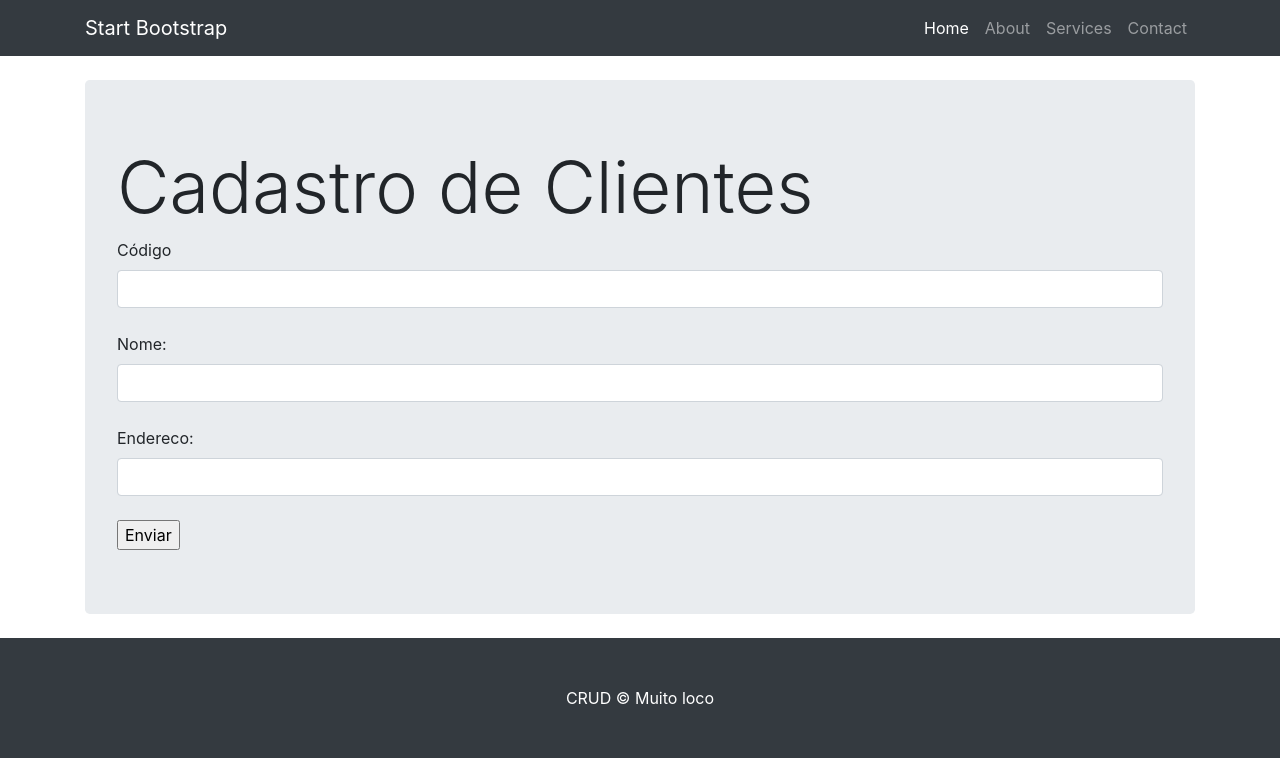
Repository: LucasMontalvao/PHPDACS2020
Page: http://localhost/projeto/site/clientpage.php?id=1
The author's editor kept a record of every edit. The page is drawn from the files as they stood at one moment, then again after the next edit.
The browser window is 1280 px wide. The pictures show the whole page.
The page is run by PHP 8.4 with error messages shown; the project is at /var/www/html/. Other server files are loaded and not shown.

Above is the page before.

### projeto/site/clientpage.php
<!DOCTYPE html>
  <?php
    $id = $_GET["id"];
  ?>
<html lang="en">

<head>

  <meta charset="utf-8">
  <meta name="viewport" content="width=device-width, initial-scale=1, shrink-to-fit=no">
  <meta name="description" content="">
  <meta name="author" content="">

  <title>Heroic Features - Start Bootstrap Template</title>

  <!-- Bootstrap core CSS -->
  <link href="vendor/bootstrap/css/bootstrap.min.css" rel="stylesheet">

  <!-- Custom styles for this template -->
  <link href="css/heroic-features.css" rel="stylesheet">

</head>

<body>


  <!-- Navigation -->
  <nav class="navbar navbar-expand-lg navbar-dark bg-dark fixed-top">
    <div class="container">
      <a class="navbar-brand" href="#">Start Bootstrap</a>
      <button class="navbar-toggler" type="button" data-toggle="collapse" data-target="#navbarResponsive" aria-controls="navbarResponsive" aria-expanded="false" aria-label="Toggle navigation">
        <span class="navbar-toggler-icon"></span>
      </button>
      <div class="collapse navbar-collapse" id="navbarResponsive">
        <ul class="navbar-nav ml-auto">
          <li class="nav-item active">
            <a class="nav-link" href="#">Home
              <span class="sr-only">(current)</span>
            </a>
          </li>
          <li class="nav-item">
            <a class="nav-link" href="#">About</a>
          </li>
          <li class="nav-item">
            <a class="nav-link" href="#">Services</a>
          </li>
          <li class="nav-item">
            <a class="nav-link" href="#">Contact</a>
          </li>
        </ul>
      </div>
    </div>
  </nav>

  <!-- Page Content -->
  <div class="container">

    <!-- Jumbotron Header -->
    <header class="jumbotron my-4">
      <h3 class="display-3">Cadastro de Clientes</h3>
        <form method="POST" action="savecliente.php">
          <label>Código</label>
          <input type="text" class="form-control" name="codigo"/></br>
        	<label>Nome:</label>
        	<input type="text" class="form-control" name="nome"/></br>
        	<label>Endereco:</label>
        	<input type="text" class="form-control" name="endereco"/></br>
        	<input type="submit" value="Enviar"/>
        </form>
    </header>
  </div>


  <!-- Footer -->
  <footer class="py-5 bg-dark">
    <div class="container">
      <p class="m-0 text-center text-white">CRUD &copy; Muito loco</p>
    </div>
    <!-- /.container -->
  </footer>

  <!-- Bootstrap core JavaScript -->
  <script src="vendor/jquery/jquery.min.js"></script>
  <script src="vendor/bootstrap/js/bootstrap.bundle.min.js"></script>

</body>

</html>

### projeto/site/css/heroic-features.css
/*!
 * Start Bootstrap - Heroic Features (https://startbootstrap.com/template-overviews/heroic-features)
 * Copyright 2013-2019 Start Bootstrap
 * Licensed under MIT (https://github.com/BlackrockDigital/startbootstrap-heroic-features/blob/master/LICENSE)
 */
body {
  padding-top: 56px;
}
.myButton {
	box-shadow:inset 0px 1px 3px 0px #141414;
	background:linear-gradient(to bottom, #ffffff 5%, #000000 100%);
	background-color:#ffffff;
	border-radius:5px;
	border:1px solid #000000;
	display:inline-block;
	cursor:pointer;
	color:#ffffff;
	font-family:Arial;
	font-size:15px;
	font-weight:bold;
	padding:11px 23px;
	text-decoration:none;
	text-shadow:0px -1px 0px #46615d;
}
.myButton:hover {
	background:linear-gradient(to bottom, #000000 5%, #ffffff 100%);
	background-color:#000000;
	text-decoration:none;
	color:#ffffff;
}
.myButton:active {
	position:relative;
	top:1px;
	text-decoration:none;
	color:#ffffff;
}

After the next edit:
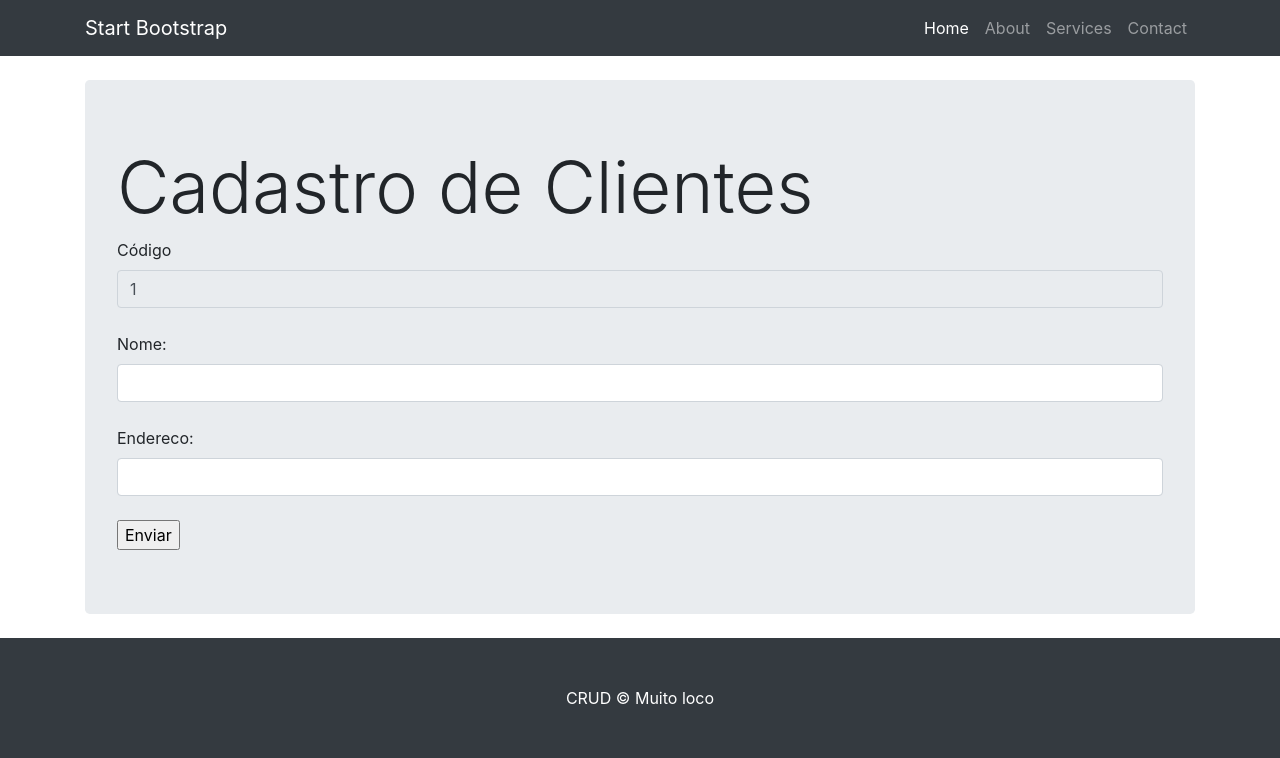
The edit:
--- a/projeto/site/clientpage.php
+++ b/projeto/site/clientpage.php
@@ -60,7 +60,7 @@
       <h3 class="display-3">Cadastro de Clientes</h3>
         <form method="POST" action="savecliente.php">
           <label>Código</label>
-          <input type="text" class="form-control" name="codigo"/></br>
+          <input type="text" class="form-control" name="codigo" value="<?php echo $id?>" disabled /></br>
         	<label>Nome:</label>
         	<input type="text" class="form-control" name="nome"/></br>
         	<label>Endereco:</label>
